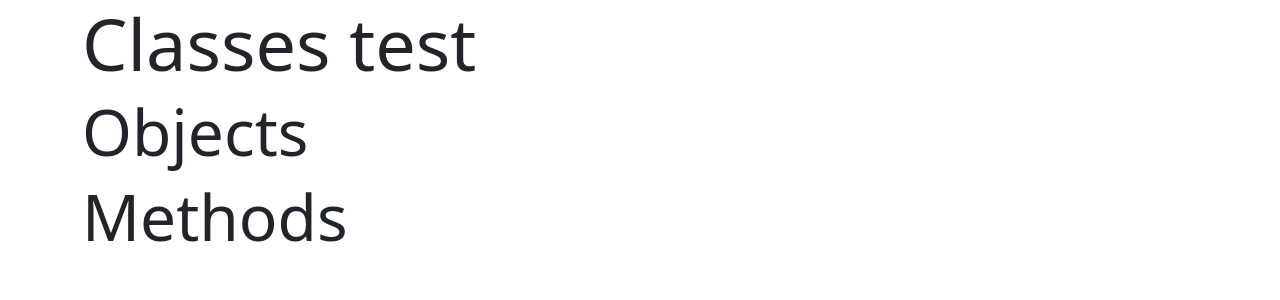
Repository: danieltikamori/wdb
Page: JavaScript/extendends-and-super-keywords/index.html
These files come from the project's save history. The page is drawn as it stood at one moment and after the next save; the edit follows.
The browser window is 1280 px wide. The pictures show the whole page.

Above is the page before, as saved 2023-01-29 12:55:59.

### JavaScript/extendends-and-super-keywords/index.html
<!DOCTYPE html>
<html lang="en">
  <head>
    <meta charset="UTF-8" />
    <meta http-equiv="X-UA-Compatible" content="IE=edge" />
    <meta name="viewport" content="width=device-width, initial-scale=1.0" />
    <title>JS extends and super keywords</title>
    <link href="https://cdn.jsdelivr.net/npm/bootstrap@5.3.0-alpha1/dist/css/bootstrap.min.css" rel="stylesheet" integrity="sha384-GLhlTQ8iRABdZLl6O3oVMWSktQOp6b7In1Zl3/Jr59b6EGGoI1aFkw7cmDA6j6gD" crossorigin="anonymous">
  </head>
  <body>
<div class="container">
  <h1 class="display-2">Classes test</h1>
  <h2 class="display-3">Objects</h2>
  <h2 class="display-3">Methods</h2>
</div>


<script src="https://cdn.jsdelivr.net/npm/bootstrap@5.3.0-alpha1/dist/js/bootstrap.bundle.min.js" integrity="sha384-w76AqPfDkMBDXo30jS1Sgez6pr3x5MlQ1ZAGC+nuZB+EYdgRZgiwxhTBTkF7CXvN" crossorigin="anonymous"></script>
    <script src="app.js"></script>
  </body>
</html>

### JavaScript/extendends-and-super-keywords/app.js
class Pet {
  constructor(name, age) {
    this.name = name;
    this.age = age;
  }
  methodEat() {
    return `${this.name} is eating!`;
  }
}

class Cat extends Pet {
  methodMeow() {
    return `${this.name} is meowing!`;
  }
}

class Dog extends Pet {
  methodBark() {
    return `${this.name} is barking!`;
  }
}

After the next save:
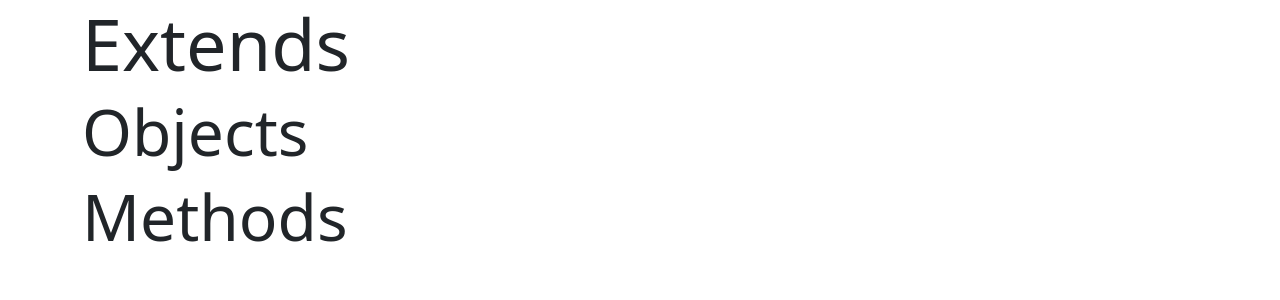
Saved 50 s later.
--- a/JavaScript/extendends-and-super-keywords/index.html
+++ b/JavaScript/extendends-and-super-keywords/index.html
@@ -9,7 +9,7 @@
   </head>
   <body>
 <div class="container">
-  <h1 class="display-2">Classes test</h1>
+  <h1 class="display-2">Extends</h1>
   <h2 class="display-3">Objects</h2>
   <h2 class="display-3">Methods</h2>
 </div>
